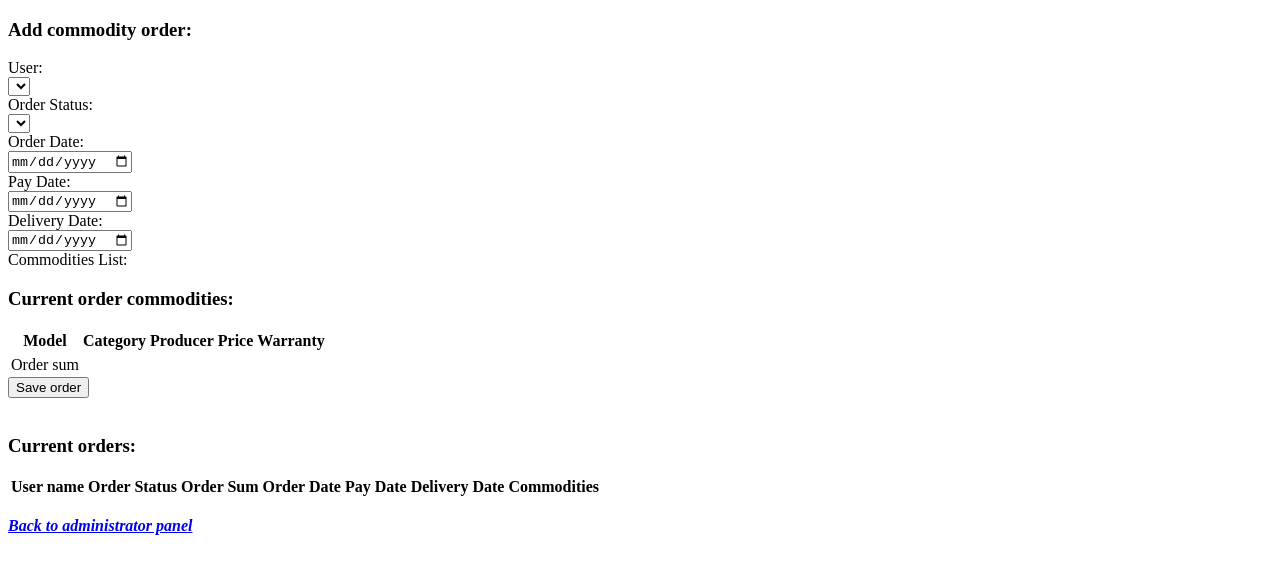
Repository: Zed180881/Zed_repo
Page: http://localhost/eShop/WEB-INF/views/adminPanel/adminCommodityOrder.jsp
These files come from the project's save history. The page is drawn as it stood at one moment and after the next save; the edit follows.
The browser window is 1280 px wide. The pictures show the whole page.
The page is served by Tomcat 9. Nobody is signed in. The template is opened directly, without the code that normally fills it, so the values that code supplies are empty.

Above is the page before, as saved 2016-08-12 15:32:45.

After the next save:
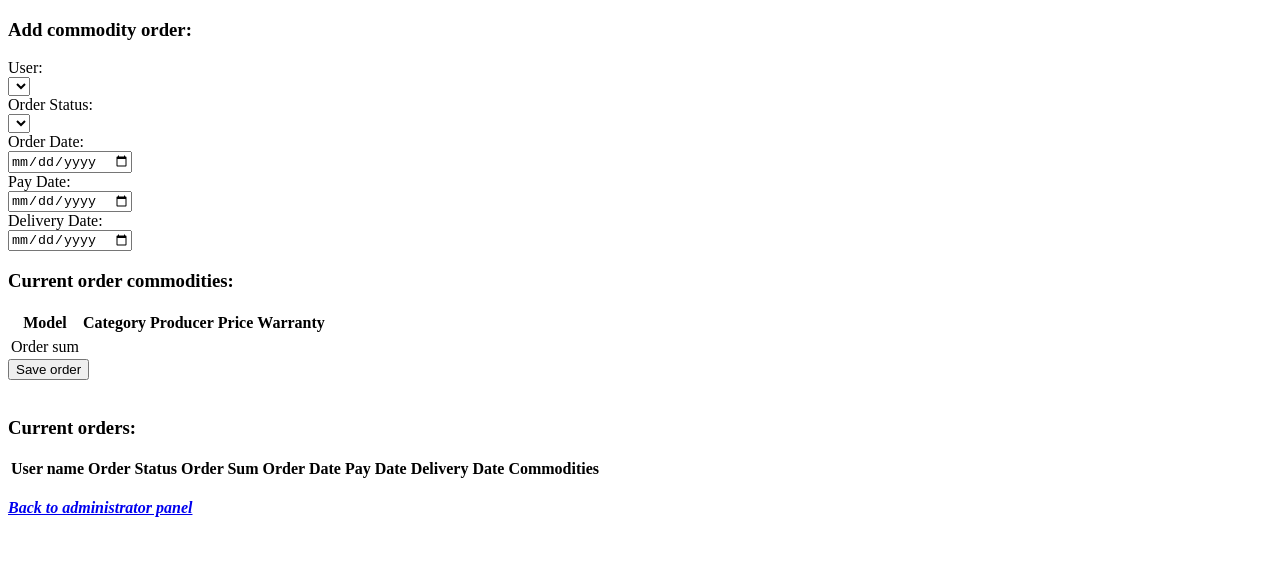
Saved 63 s later.
--- a/JavaProj/eShop/src/main/webapp/WEB-INF/views/adminPanel/adminCommodityOrder.jsp
+++ b/JavaProj/eShop/src/main/webapp/WEB-INF/views/adminPanel/adminCommodityOrder.jsp
@@ -44,10 +44,10 @@
 		<form:input type="date" path="payDate" id="payDate" placeholder="YYYY-MM-DD"/><br>
 		<label for="deliveryDate">Delivery Date:</label><br>
 		<form:input type="date" path="deliveryDate" id="deliveryDate" placeholder="YYYY-MM-DD"/><br>
-		<label for="commodityModel1">Commodities List:</label><br>
 		<c:choose>
 					<c:when test="${commodityOrder.id eq 0}">
-						<form:select path="commodities" id="commodityModel1">
+						<label>Choose commodities to add to order:</label><br>
+						<form:select path="commodities">
 							<c:forEach items="${commodities}" var="commodity">
 								<option value="${commodity.model}">${commodity.model}</option>
 							</c:forEach>
